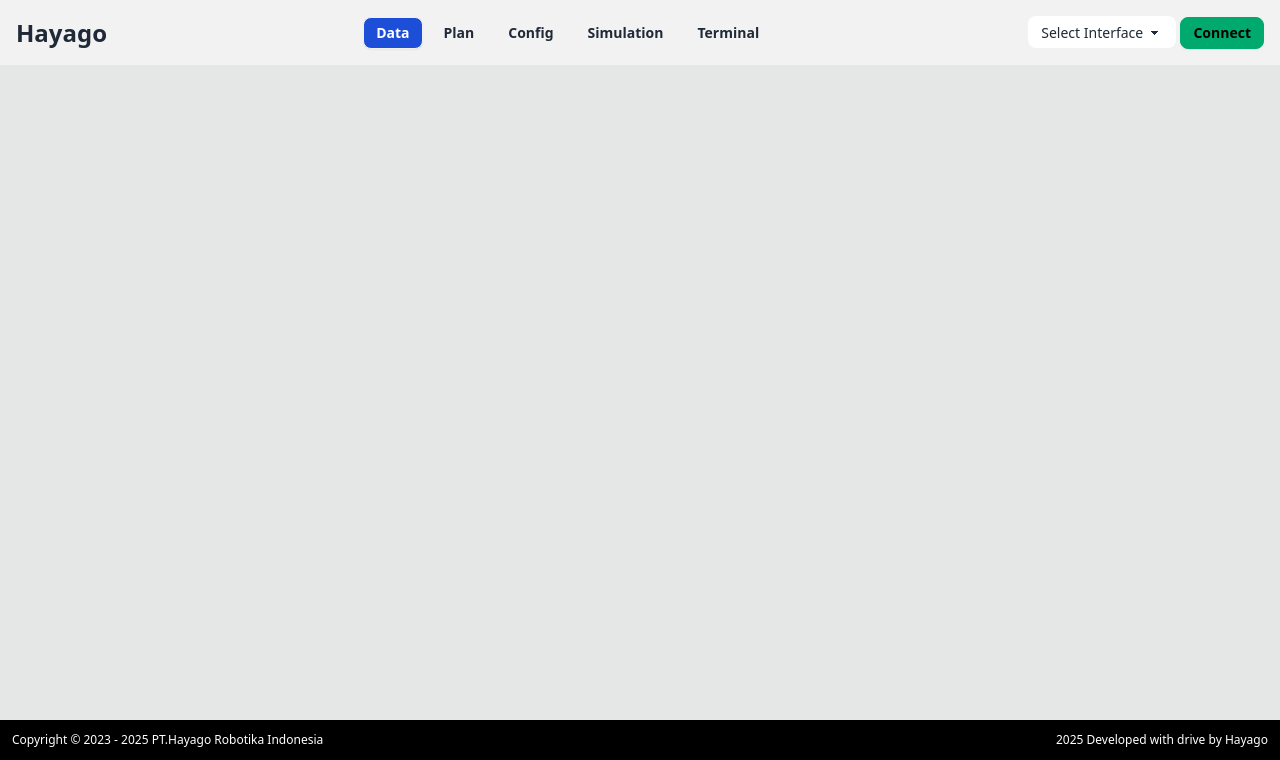
Repository: khulqu15/rov.commander
Page: http://localhost/planner/
An editor plug-in stored every save of this project. The page is shown before and after the next save, followed by the edit.
The browser window is 1280 px wide. The pictures show the whole page.
Some web libraries are served in a nearby version. The page is served by the project's application, run on Django 5.2 (manage.py).

Above is the page before, as saved 2025-02-06 21:29:39.

After the next save:
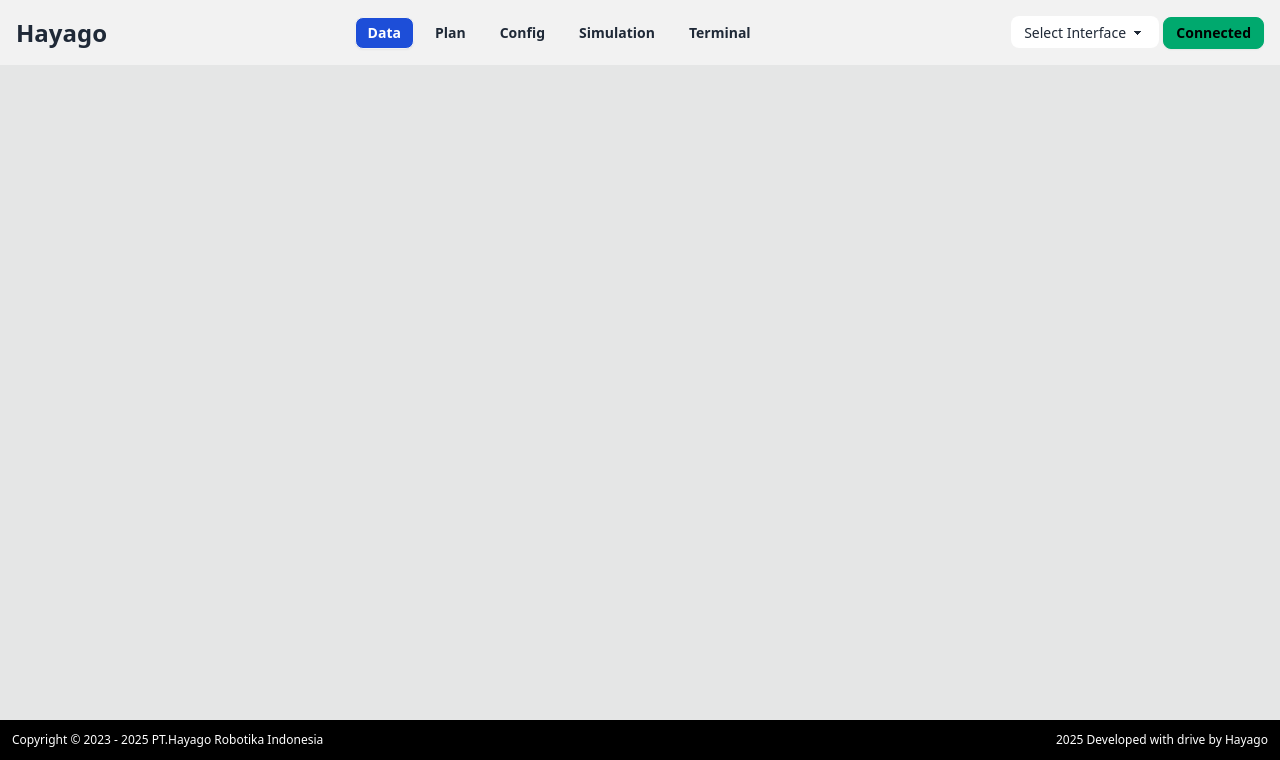
Saved 21 s later.
--- a/templates/index.html
+++ b/templates/index.html
@@ -27,7 +27,7 @@
                         <option value="{{ interface }}" {% if interface == selected_interface %}selected{% endif %}>{{ interface }}</option>
                     {% endfor %}
                 </select>
-                <button type="submit" class="btn btn-success btn-sm">Connect</button>
+                <button type="submit" class="btn btn-success btn-sm">Connected</button>
             </form>
         </div>
         <div class="min-h-screen w-full bg-base-300 pt-24 p-4 flex justify-center w-full">
